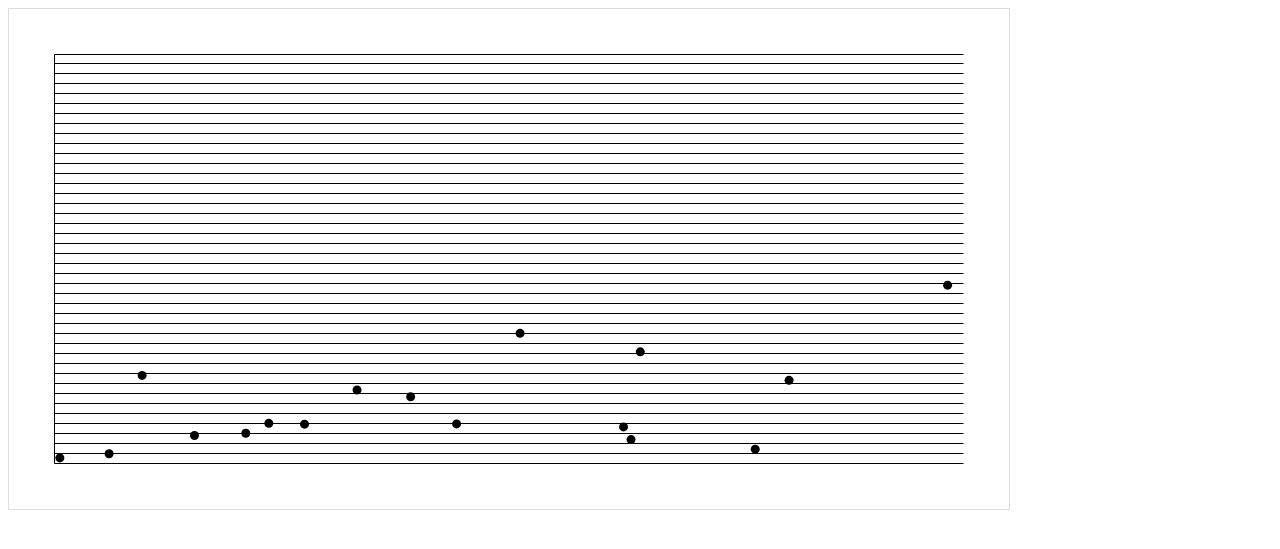
Repository: cw19931024/Demo
Page: canvas.html
An editor plug-in stored every save of this project. The page is shown before and after the next save, followed by the edit.
The browser window is 1280 px wide. The pictures show the whole page.

Above is the page before, as saved 2017-07-27 17:28:58.

After the next save:
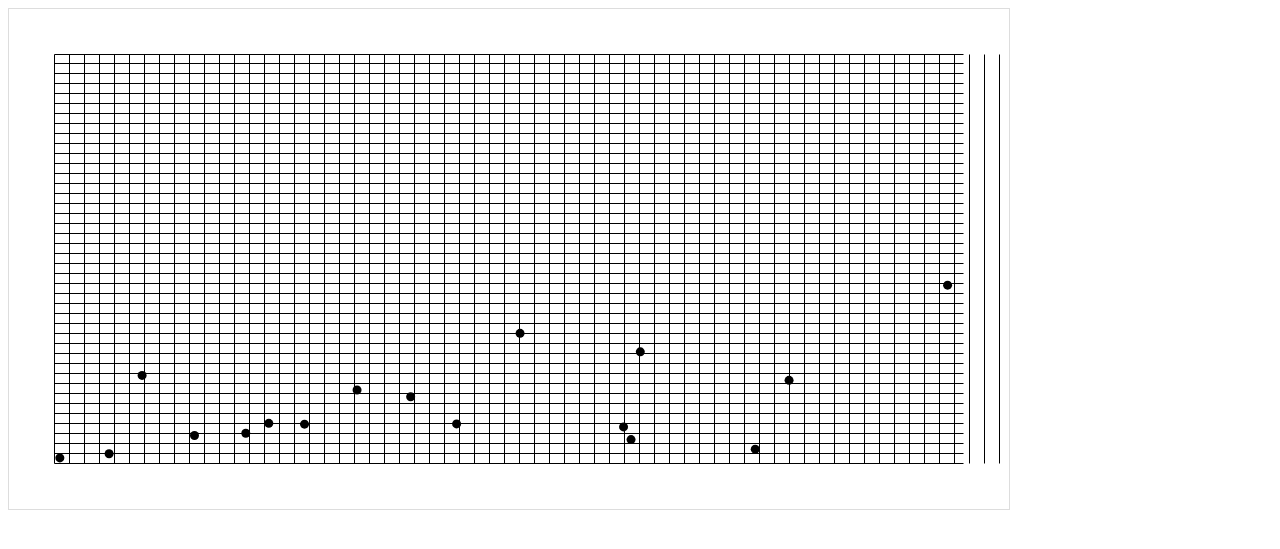
Saved 12 s later.
--- a/canvas.html
+++ b/canvas.html
@@ -63,11 +63,11 @@
         context.fill();
     }
 
-    for(var i = 0;i<parseInt(width/15);i++){
-        // context.beginPath();
-        // context.moveTo(15*(i+1)+padding,padding);
-        // context.lineTo(15*(i+1)+padding,height-padding);
-        // context.stroke()
+    for(var i = 0;i<parseInt(width-100/10);i++){
+        context.beginPath();
+        context.moveTo(15*(i+1)+padding,padding);
+        context.lineTo(15*(i+1)+padding,height-padding);
+        context.stroke()
     }
 
     for(var i=0;i<(height-100)/10;i++){
